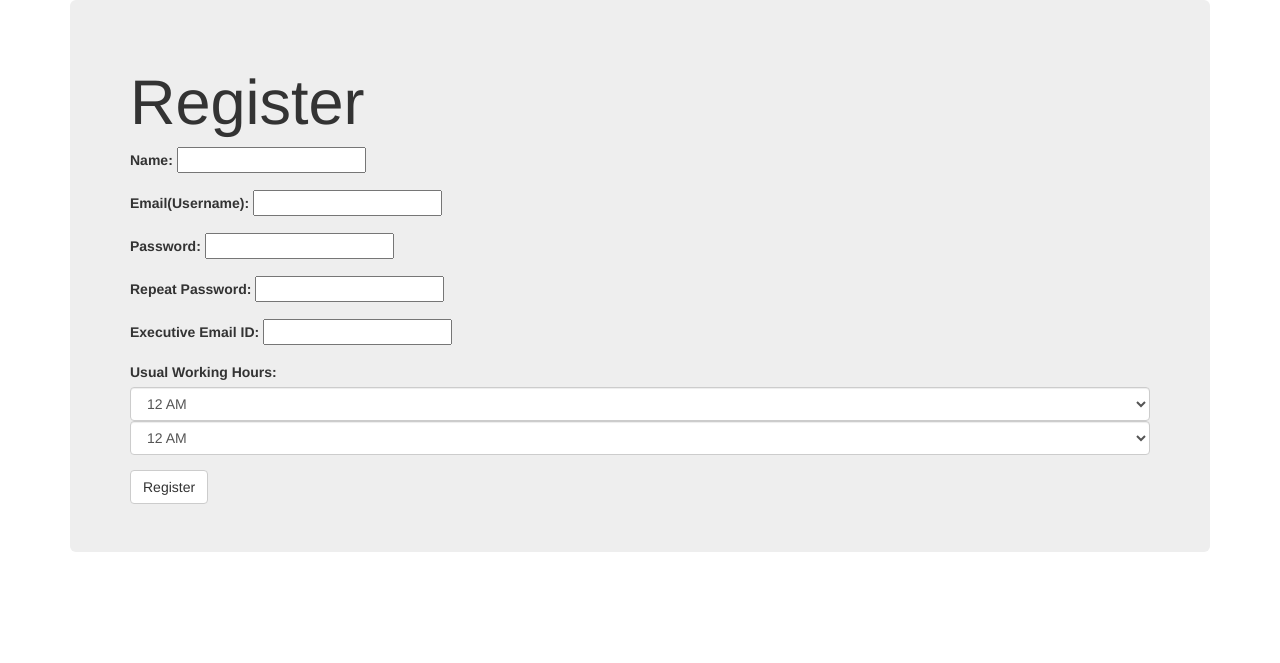
Repository: tjcomprocker/Time_Management_System
Page: http://localhost/register_secretary.php
The author's editor kept a record of every edit. The page is drawn from the files as they stood at one moment, then again after the next edit.
The browser window is 1280 px wide. The pictures show the whole page.
The page is run by PHP 8.4 with error messages shown; the project is at /var/www/html/.

Above is the page before.

### register_secretary.php
<!DOCTYPE html>
<html lang="en">
    <meta charset="utf-8">
    <head>
        <title>Register</title>
    </head>

    <link rel="stylesheet" href="https://maxcdn.bootstrapcdn.com/bootstrap/3.3.7/css/bootstrap.min.css">

    <body>
        <div class="container">
            <div class="jumbotron">
                <h1>Register</h1>
                <form action="register_secretary.php" method="post">

                    <div class="form-group">
                        <label for="name">Name:</label>
                        <input type="text" name="name" required>
                    </div>

                    <div class="form-group">
                        <label for="email">Email(Username):</label>
                        <input type="email" name="email" required>
                    </div>

                    <div class="form-group">
                        <label for="email">Password:</label>
                        <input type="password" name="password" required>
                    </div>


                    <div class="form-group">
                        <label for="email">Repeat Password:</label>
                        <input type="password" name="password2" required>
                    </div>

                    <div class="form-group">
                        <label for="executive_email_id">Executive Email ID:</label>
                        <input type="email" name="executive_email_id" required>
                    </div>

                    <div class="form-group">
                        <label for="ususal_hours">Usual Working Hours:</label>
                        <select name="start_hour" class="form-control" placeholder="start_hour" required>
                            <option value="0">12 AM</option>
                            <option value="1">1 AM</option>
                            <option value="2">2 AM</option>
                            <option value="3">3 AM</option>
                            <option value="4">4 AM</option>
                            <option value="5">5 AM</option>
                            <option value="6">6 AM</option>
                            <option value="7">7 AM</option>
                            <option value="8">8 AM</option>
                            <option value="9">9 AM</option>
                            <option value="10">10 AM</option>
                            <option value="11">11 AM</option>
                            <option value="12">12 PM</option>
                            <option value="13">1 PM</option>
                            <option value="14">2 PM</option>
                            <option value="15">3 PM</option>
                            <option value="16">4 PM</option>
                            <option value="17">5 PM</option>
                            <option value="18">6 PM</option>
                            <option value="19">7 PM</option>
                            <option value="20">8 PM</option>
                            <option value="21">9 PM</option>
                            <option value="22">10 PM</option>
                            <option value="23">11 PM</option>
                        </select>
                        <select name="end_hour" class="form-control" placeholder="end_hour" required>
                            <option value="0">12 AM</option>
                            <option value="1">1 AM</option>
                            <option value="2">2 AM</option>
                            <option value="3">3 AM</option>
                            <option value="4">4 AM</option>
                            <option value="5">5 AM</option>
                            <option value="6">6 AM</option>
                            <option value="7">7 AM</option>
                            <option value="8">8 AM</option>
                            <option value="9">9 AM</option>
                            <option value="10">10 AM</option>
                            <option value="11">11 AM</option>
                            <option value="12">12 PM</option>
                            <option value="13">1 PM</option>
                            <option value="14">2 PM</option>
                            <option value="15">3 PM</option>
                            <option value="16">4 PM</option>
                            <option value="17">5 PM</option>
                            <option value="18">6 PM</option>
                            <option value="19">7 PM</option>
                            <option value="20">8 PM</option>
                            <option value="21">9 PM</option>
                            <option value="22">10 PM</option>
                            <option value="23">11 PM</option>
                        </select>
                    </div>

                    <button type="submit" class="btn btn-default" name="submit">Register</button>
                </form>
            <div>
        </div>

        <?php

            function submit()
            {
                $link = mysqli_connect("localhost", "root", "", "TMS_DB");

                if($link === false)
                {
                    echo "<div class=\"alert alert-danger\"><strong>Error!</strong>Could not connect. ".mysqli_error($link)."</div>";
                    die("");
                }

                $link->query("CREATE TABLE IF NOT EXISTS users(email VARCHAR(150) NOT NULL PRIMARY KEY, name VARCHAR(100) NOT NULL, password VARCHAR(1024) NOT NULL, executive BOOLEAN NOT NULL DEFAULT 0, sec_email VARCHAR(150), start_hour SMALLINT, end_hour SMALLINT);");

                $email   = $link->real_escape_string($_POST['email']);
                $name    = $link->real_escape_string($_POST['name']);
                $password = $link->real_escape_string($_POST['password']);
                $password2 = $link->real_escape_string($_POST['password2']);
                $executive_flag = 0;
                $executive_email = $link->real_escape_string($_POST['executive_email_id']);
                $start_hour = $link->real_escape_string($_POST['start_hour']);
                $end_hour = $link->real_escape_string($_POST['end_hour']);


                $query   = "SELECT * from users WHERE email = \"" .$executive_email . "\";";

                $result = mysqli_query($link,$query);

                $num_rows = mysqli_num_rows($result);
                if ($num_rows != 1)
                {
                    echo "<div class=\"alert alert-danger\"><strong>Error!</strong>The executive ID entered does not exist.</div>";
                    die("");
                }


                if ($password != $password2)
                {
                    echo "<div class=\"alert alert-danger\"><strong>Error!</strong>Both Passwords don't match.</div>";
                    die("");

                }
                else if (start_hour < end_hour)
                {
                    echo "<div class=\"alert alert-danger\"><strong>Error!</strong>Please enter appropriate hours.</div>";
                    die("");
                }
                else
                {

                    $query   = "INSERT into users VALUES('" . $email . "','" . $name . "','" . $password . "','" . $executive_flag . "','" . $executive_email . "','" . $start_hour . "','" . $end_hour. "');";
                    $success = $link->query($query);

                    if (!$success)
                    {
                        echo "<div class=\"alert alert-danger\"><strong>Error!</strong>Couldn't enter data: ".$link->error."</div>";
                        die("");
                    }

                }
                $link->close();
            }

            if(isset($_POST['submit']))
            {
                submit();
            }

        ?>
    </body>
</html>

After the next edit:
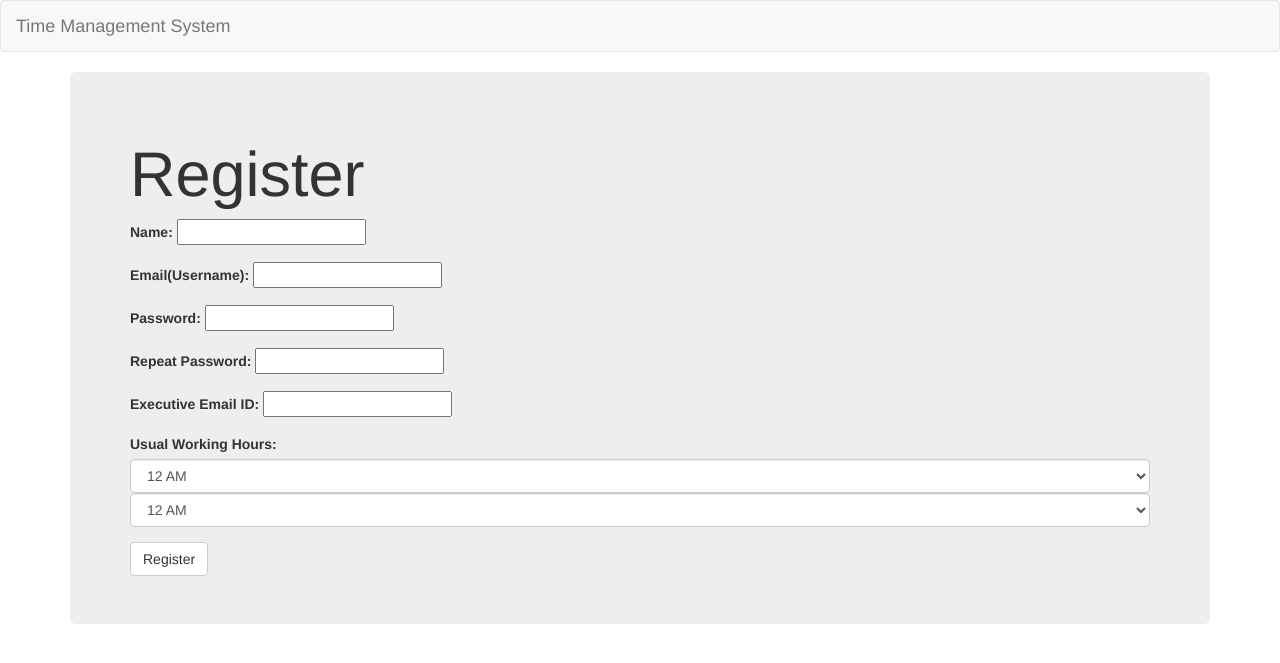
The edit:
--- a/register_secretary.php
+++ b/register_secretary.php
@@ -8,6 +8,13 @@
     <link rel="stylesheet" href="https://maxcdn.bootstrapcdn.com/bootstrap/3.3.7/css/bootstrap.min.css">
 
     <body>
+        <nav class="navbar navbar-default">
+            <div class="container-fluid">
+                <div class="navbar-header">
+                  <a class="navbar-brand" href="login.php">Time Management System</a>
+                </div>
+            </div>
+        </nav>
         <div class="container">
             <div class="jumbotron">
                 <h1>Register</h1>
